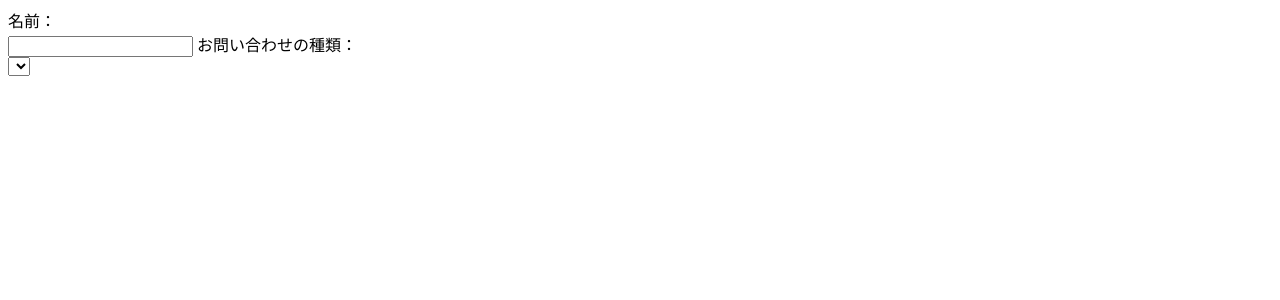
Repository: cha-git/test
Page: http://localhost/HelloServlet/inquiry.jsp
These files come from the project's save history. The page is drawn as it stood at one moment and after the next save; the edit follows.
The browser window is 1280 px wide. The pictures show the whole page.
The page is served by Tomcat 9. Other server files are loaded and not shown.

Above is the page before, as saved 2018-12-05 10:44:43.

### HelloServlet/WebContent/inquiry.jsp
<%@ page language="java" contentType="text/html; charset=UTF-8"
    pageEncoding="UTF-8"%>
<!DOCTYPE html PUBLIC "-//W3C//DTD HTML 4.01 Transitional//EN" "http://www.w3.org/TR/html4/loose.dtd">
<html>
<head>
<meta http-equiv="Content-Type" content="text/html; charset=UTF-8">
<title>お問い合わせフォーム</title>
</head>
<body>
	<form method="post" action="InquiryServlet">
		名前：<br> <input type="text"name="name">
		お問い合わせの種類：<br> <select name="qtype">
	</form>
</body>
</html>

After the next save:
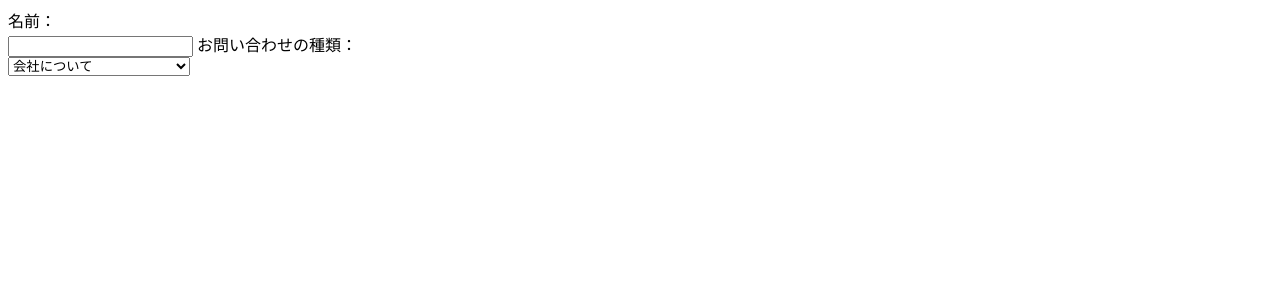
Saved 70 s later.
--- a/HelloServlet/WebContent/inquiry.jsp
+++ b/HelloServlet/WebContent/inquiry.jsp
@@ -10,6 +10,9 @@
 	<form method="post" action="InquiryServlet">
 		名前：<br> <input type="text"name="name">
 		お問い合わせの種類：<br> <select name="qtype">
+			<option value="company">会社について</option>
+			<optoin value="product">製品について</optoin>
+			<option value="support">アフターサポートについて</option>
 	</form>
 </body>
 </html>
